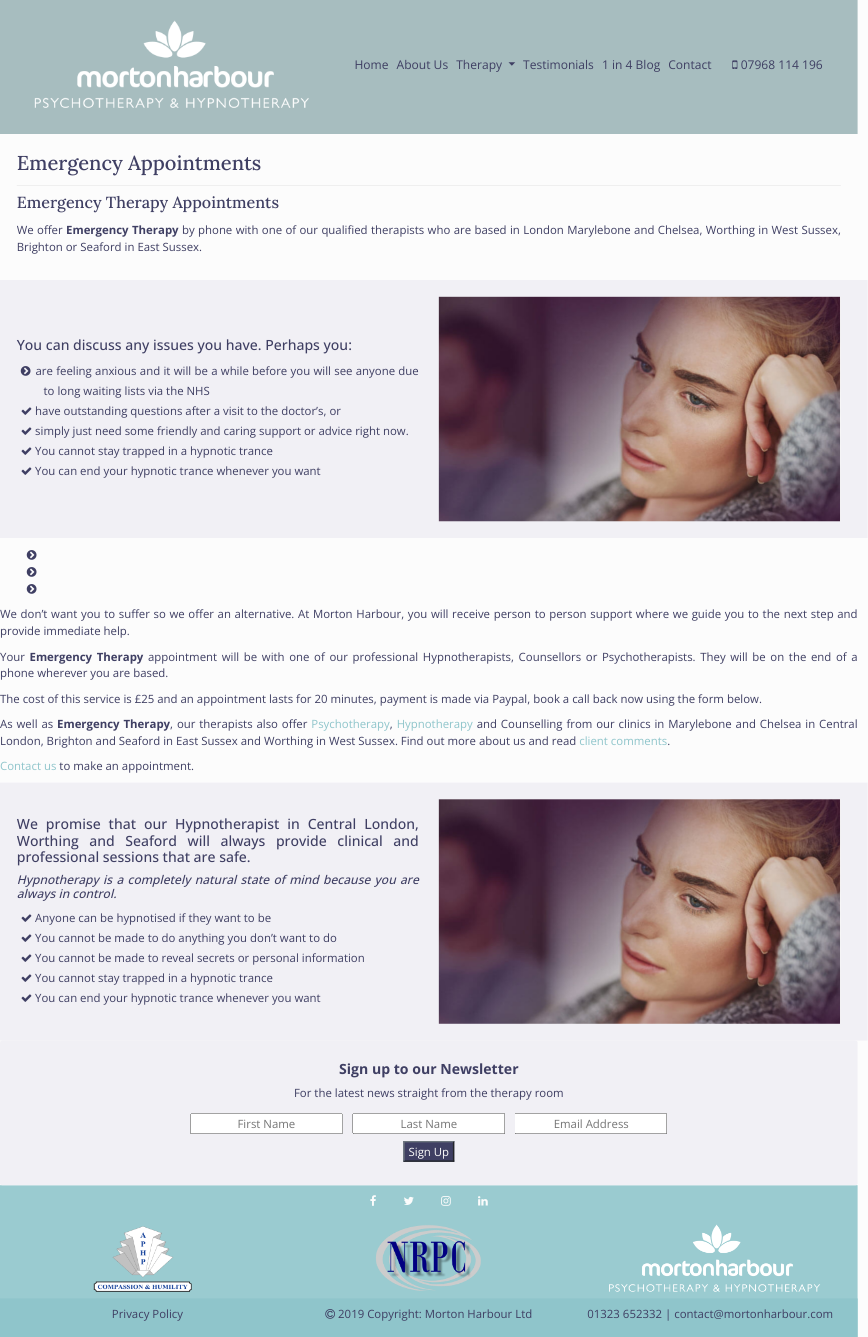
Repository: Code-Institute-Submissions/mortonharbour
Page: emergency therapy.html
The author's editor kept a record of every edit. The page is drawn from the files as they stood at one moment, then again after the next edit.
The browser window is 1280 px wide. The page is 1295 px wide, so the pictures cover 1295 px, including what lies to the right of the window. The pictures show the whole page, at 67% of full size.
Some web libraries are served in a nearby version.

Above is the page before.

After the next edit:
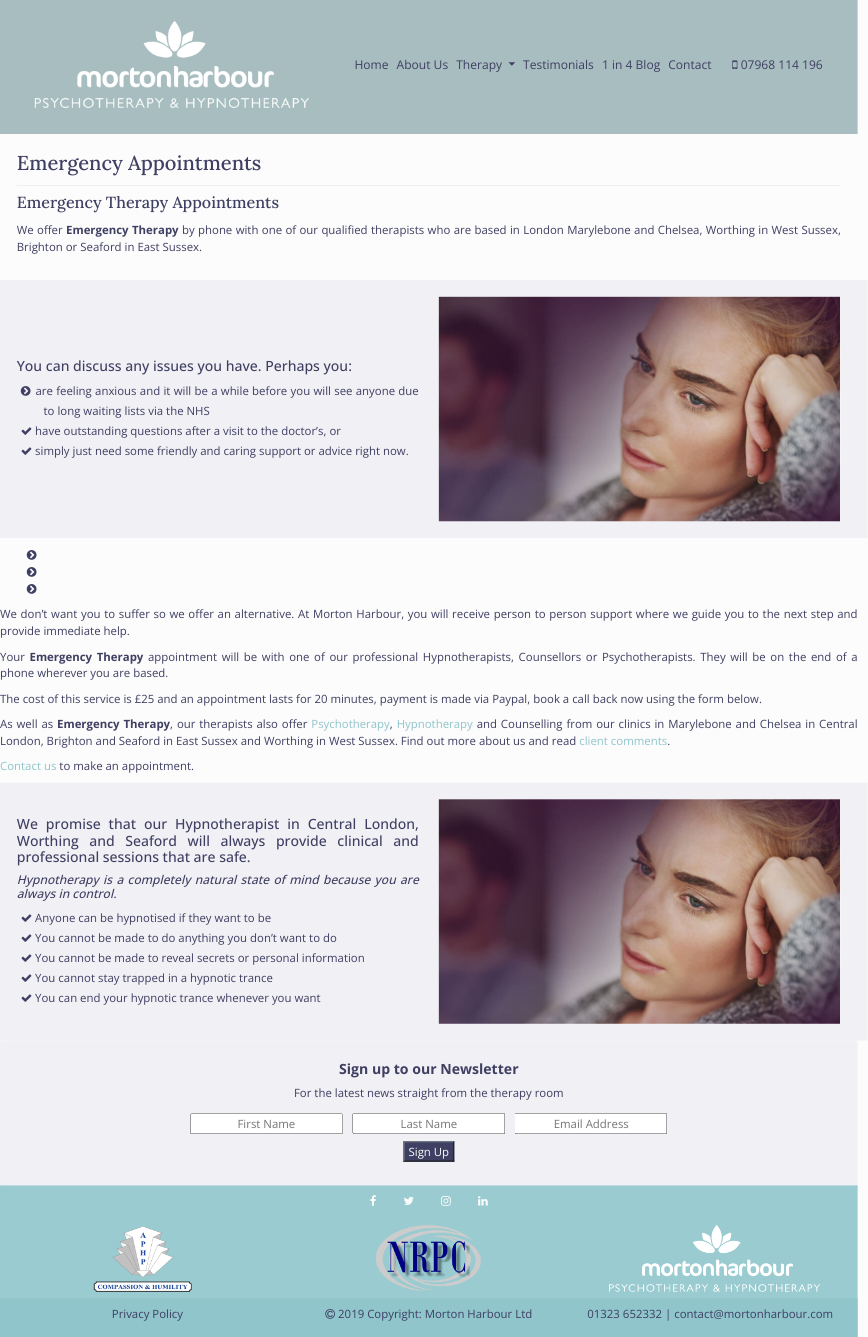
The edit:
--- a/emergency therapy.html
+++ b/emergency therapy.html
@@ -86,10 +86,6 @@
                             </li>
                             <li><i class="fa fa-check" aria-hidden="true"></i> simply just need some friendly and caring support or advice right now.
                             </li>
-                            <li><i class="fa fa-check" aria-hidden="true"></i> You cannot stay trapped in a hypnotic trance
-                            </li>
-                            <li><i class="fa fa-check" aria-hidden="true"></i> You can end your hypnotic trance whenever you want
-                            </li>
                         </ul>
                 </div>
 
